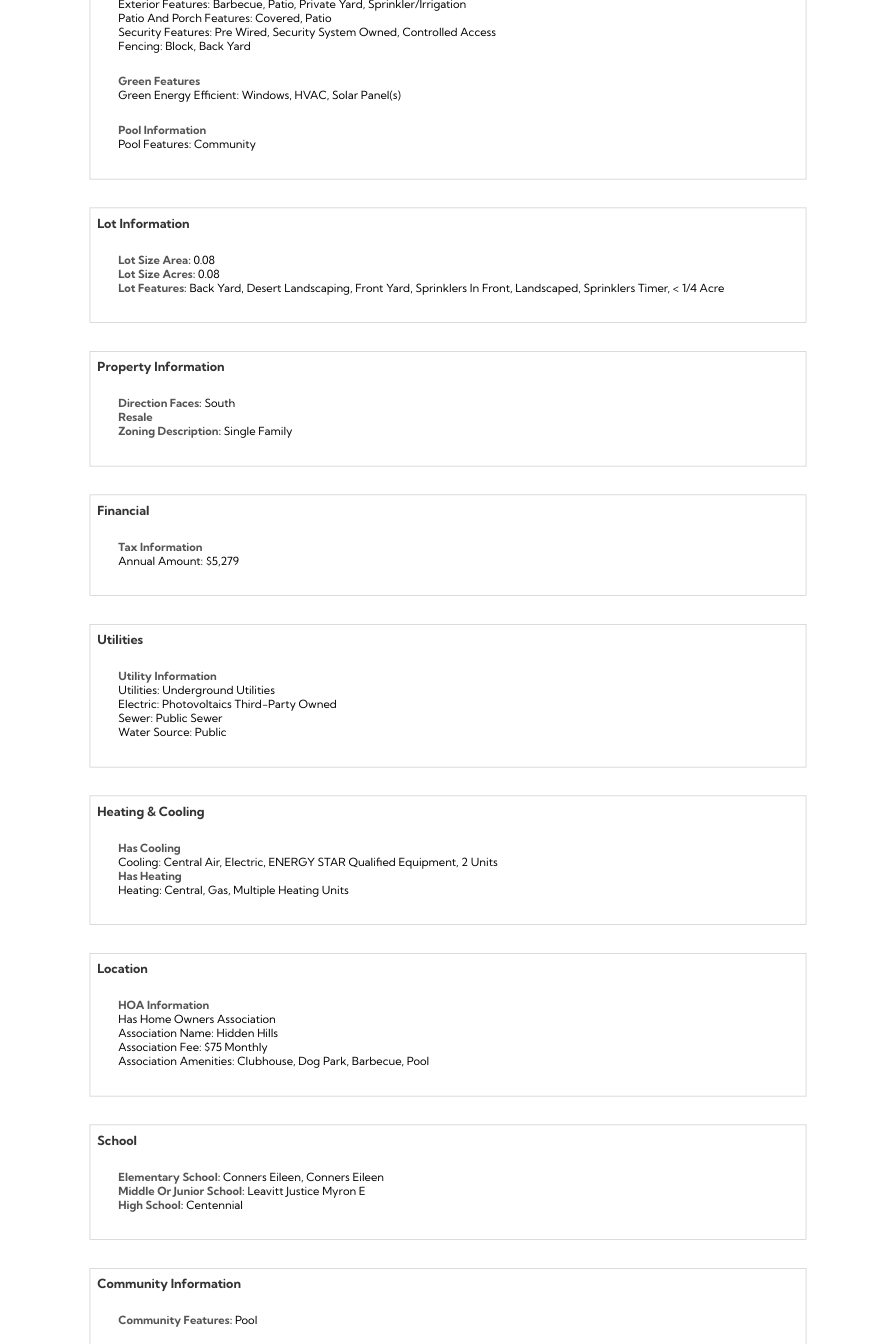
Repository: MrAllin1/ProgWWW_23_Gr1
Page: pages/House4.html
The author's editor kept a copy of each file at every save. The page is drawn from the files as they stood at one save, then again after the next save.
The browser window is 1280 px wide. The pictures show the part of the page from y = 3428 to 5348 px (the page is 6340 px tall before and 6245 px after), at 70% of full size.
Some web libraries are served in a nearby version.

Above is the page before, as saved 2024-01-11 12:22:36.

After the next save:
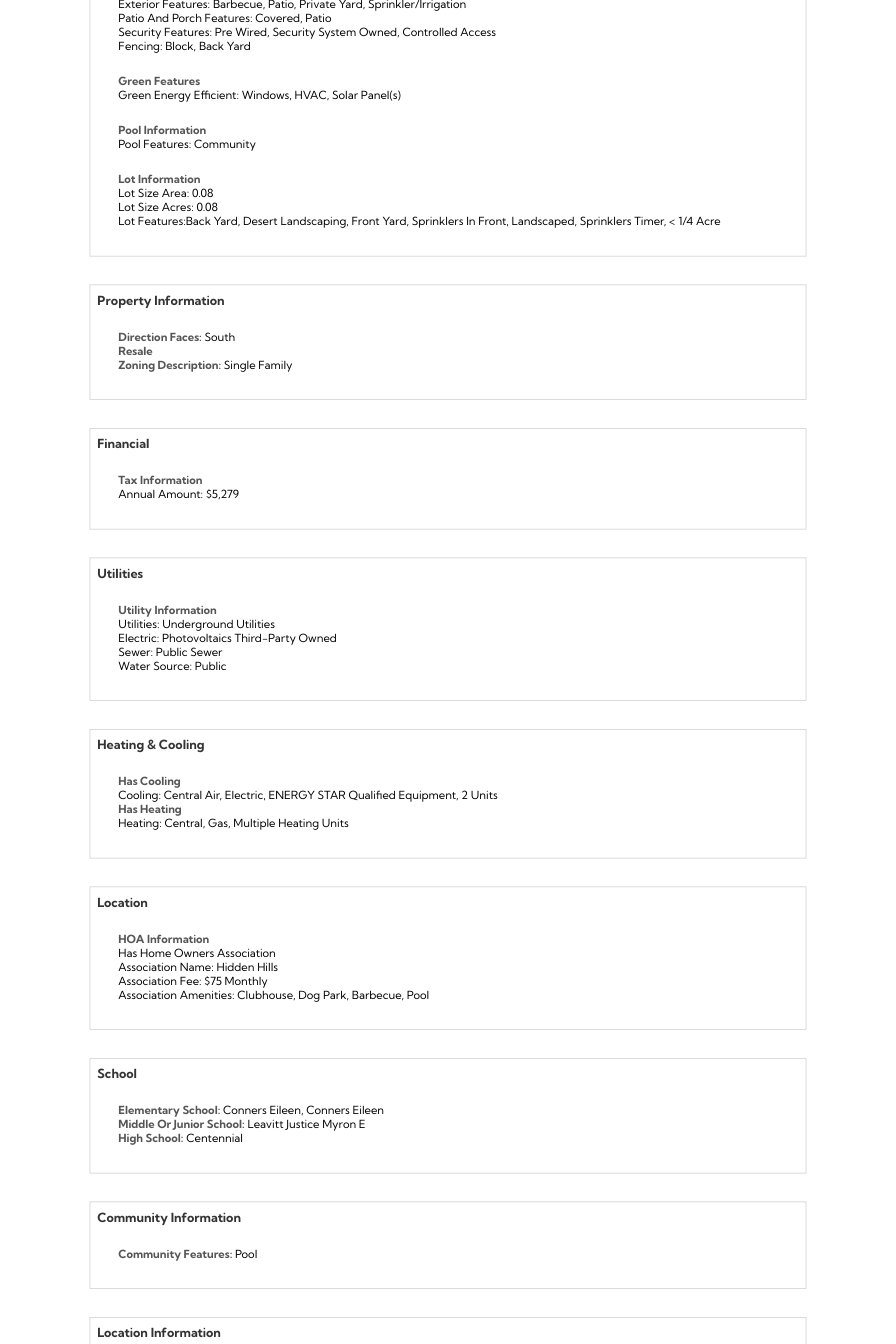
Saved 2 min 39 s later.
--- a/pages/House4.html
+++ b/pages/House4.html
@@ -236,18 +236,7 @@
                     </li>
                     <li><strong>Pool Information</strong><br>
                         Pool Features: Community
-                    </li>
-                </ul>
-            </div>
-        </div>
-
-        <div class="details">
-            <div class="section">
-                <h2>Lot Information</h2>
-                <ul>
-                    <li><strong>Lot Size Area:</strong> 0.08<br>
-                        <strong>Lot Size Acres:</strong> 0.08<br>
-                        <strong>Lot Features:</strong> Back Yard, Desert Landscaping, Front Yard, Sprinklers In Front, Landscaped, Sprinklers Timer, < 1/4 Acre
+                    <li><strong>Lot Information</strong><br>Lot Size Area: 0.08<br>Lot Size Acres: 0.08<br>Lot Features:Back Yard, Desert Landscaping, Front Yard, Sprinklers In Front, Landscaped, Sprinklers Timer, < 1/4 Acre
                     </li>
                 </ul>
             </div>
